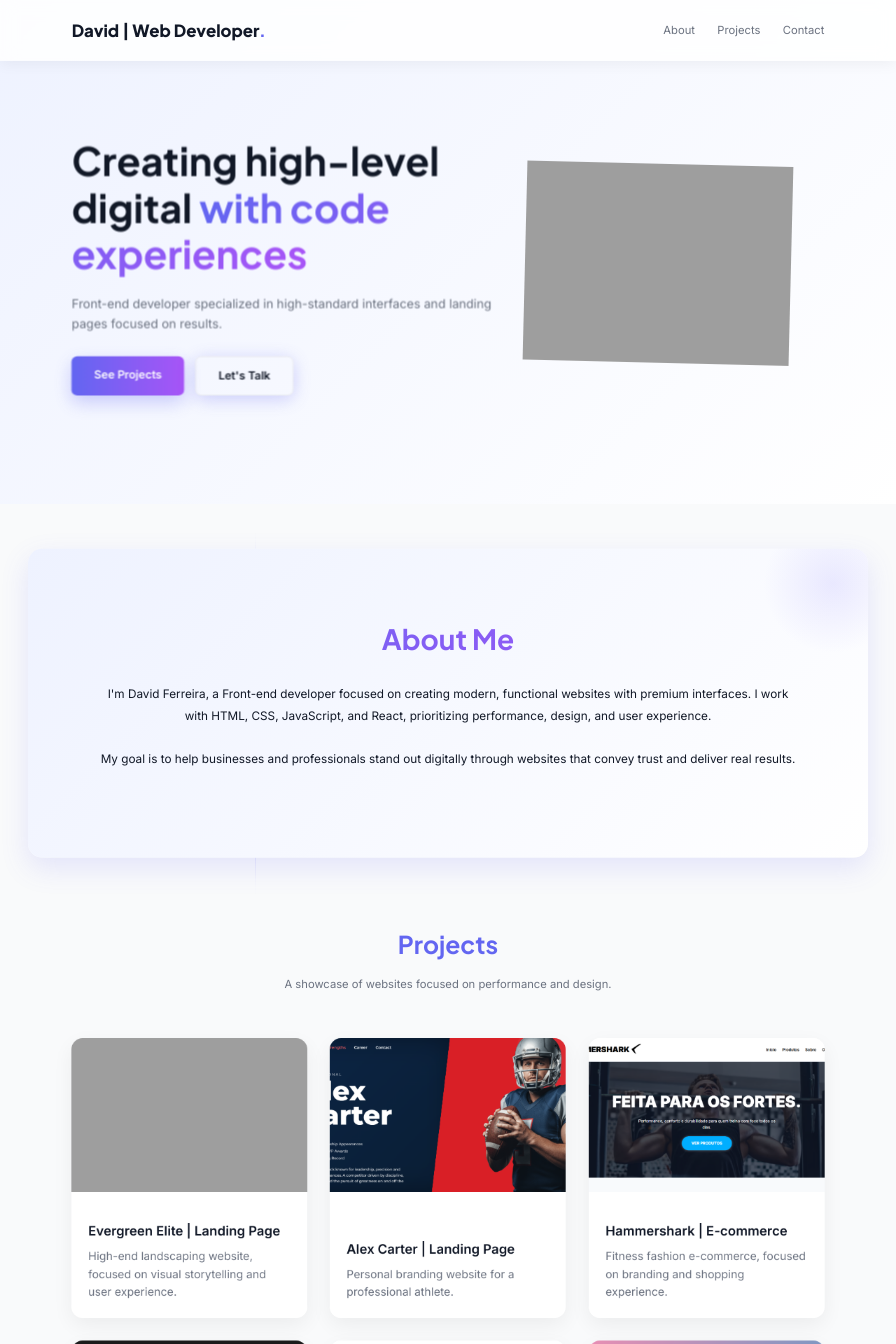
Repository: davidfsillva/portifolio
Page: index.html
These files come from the project's save history. The page is drawn as it stood at one moment and after the next save; the edit follows.
The browser window is 1280 px wide. The pictures show the part of the page from y = 0 to 1920 px (the page is 2945 px tall before and 3377 px after), at 70% of full size.
Pictures or frames that could not be fetched are drawn as grey boxes.

Above is the page before, as saved 2026-02-13 16:09:42.
Console error: TypeError: Cannot read properties of null (reading 'addEventListener')

After the next save:
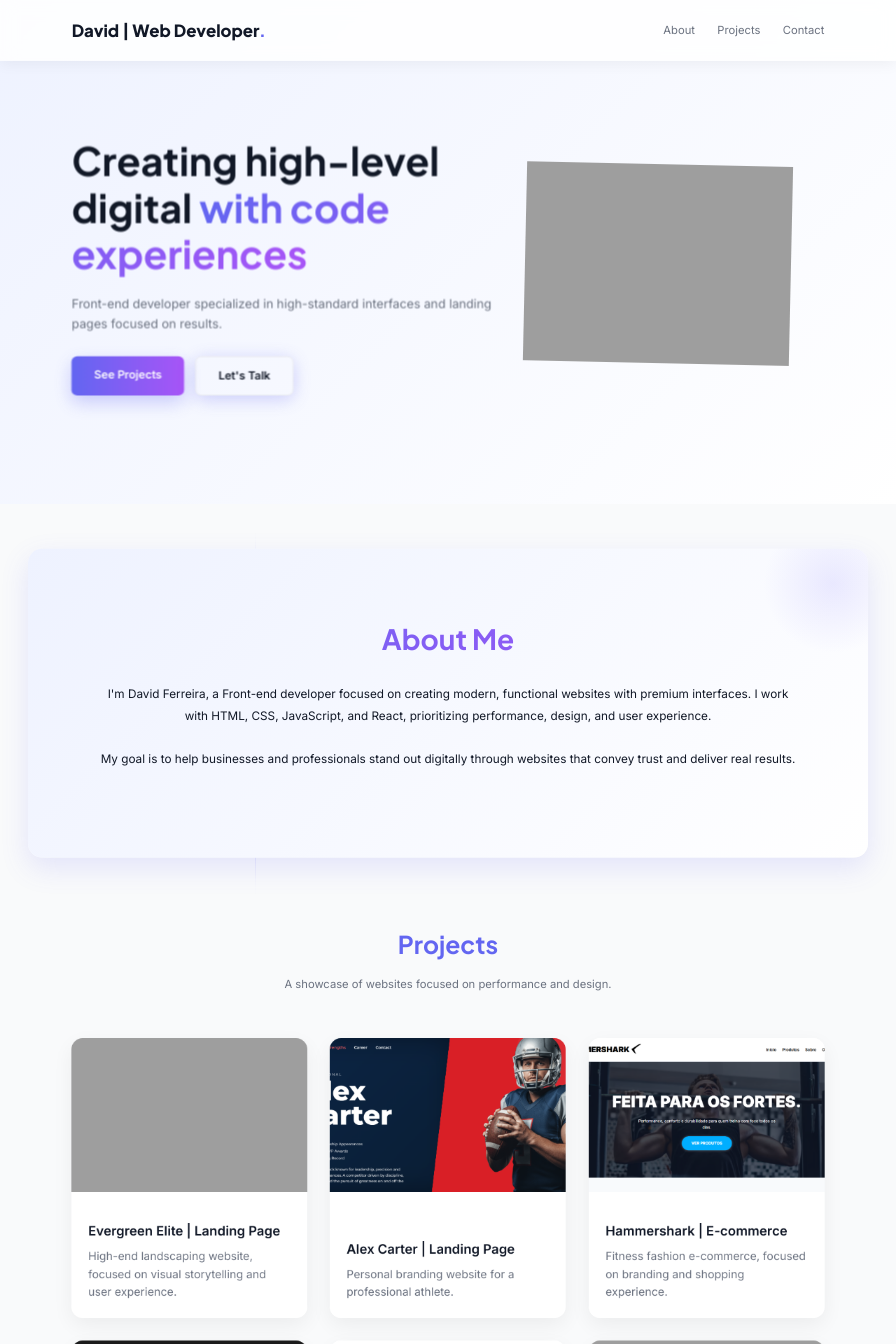
Saved 3 days later.
--- a/index.html
+++ b/index.html
@@ -151,6 +151,20 @@
                 </div>
             </a>
 
+                        <!-- Project 7 -->
+            <a href="https://davidfsillva.github.io/BrightSmile-Dental-Clinic/" target="_blank" class="project-link">
+                <div class="project-card">
+                    <div class="card-image">
+                        <img src="img/" alt="Beatriz Almeida Law Firm Project">
+                        <div class="card-overlay"><span>View Details</span></div>
+                    </div>
+                    <div class="card-info">
+                        <h3>BrightSmile Dental Clinic | Institutional Website</h3>
+                        <p>Example of a modern dental clinic website featuring a clean</p>
+                    </div>
+                </div>
+            </a>
+
             <!-- Project 5 -->
             <a href="https://davidfsillva.github.io/Hailey-Reed-Coaching/" target="_blank" class="project-link">
                 <div class="project-card">
